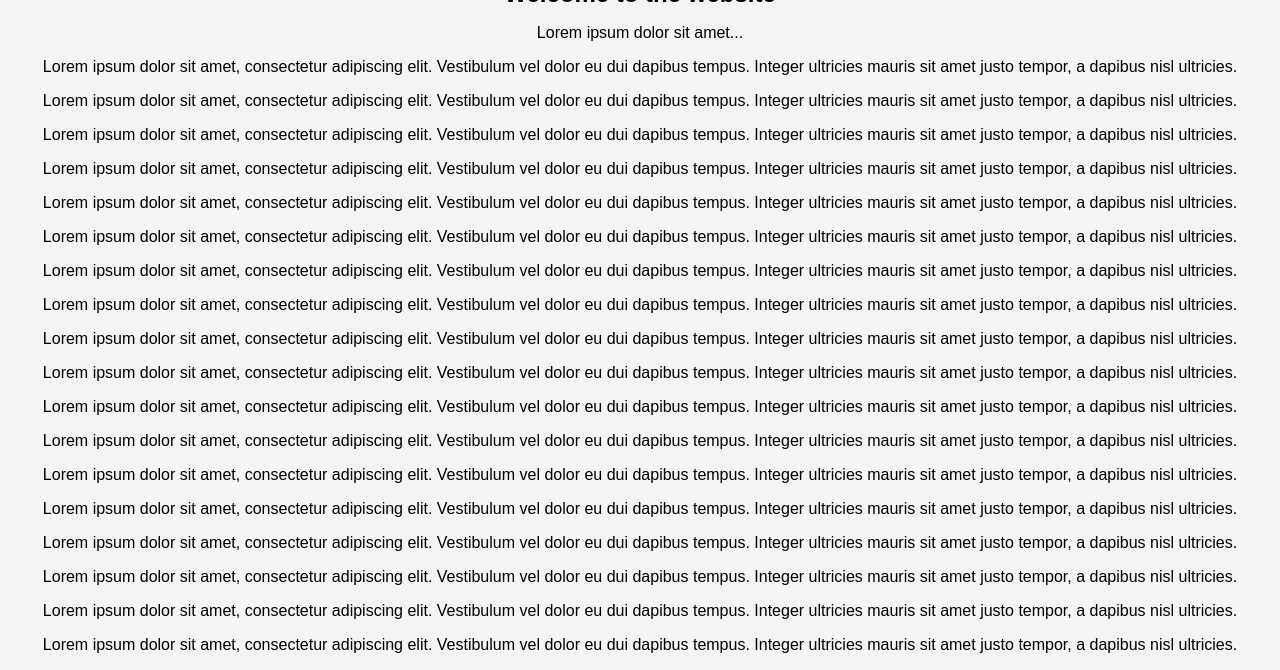
Repository: JoyMoGas/HelujaArc
Page: http://localhost/
An editor plug-in stored every save of this project. The page is shown before and after the next save, followed by the edit.
The browser window is 1280 px wide. The pictures show the part of the page from y = 500 to 1170 px (the page is 1170 px tall before and 790 px after).
Backgrounds fixed to the window are drawn as part of the page. The page is served by the project's application, run on Flask 3 (run.py).

Above is the page before, as saved 2024-08-11 18:05:14.

After the next save:
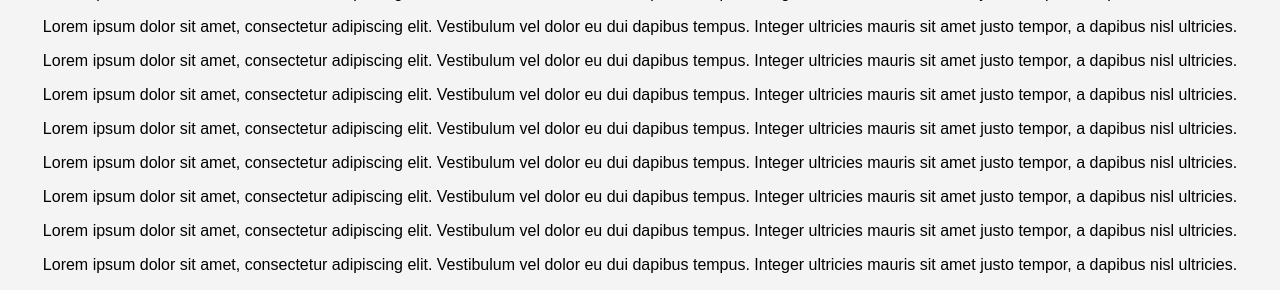
Saved 18 s later.
--- a/static/style.css
+++ b/static/style.css
@@ -72,7 +72,7 @@
     text-align: center;
     width: 100%;
     max-width: 1200px;
-    margin-top: 30em;
+    padding-top: 100px;
     box-sizing: border-box;
 }
 
